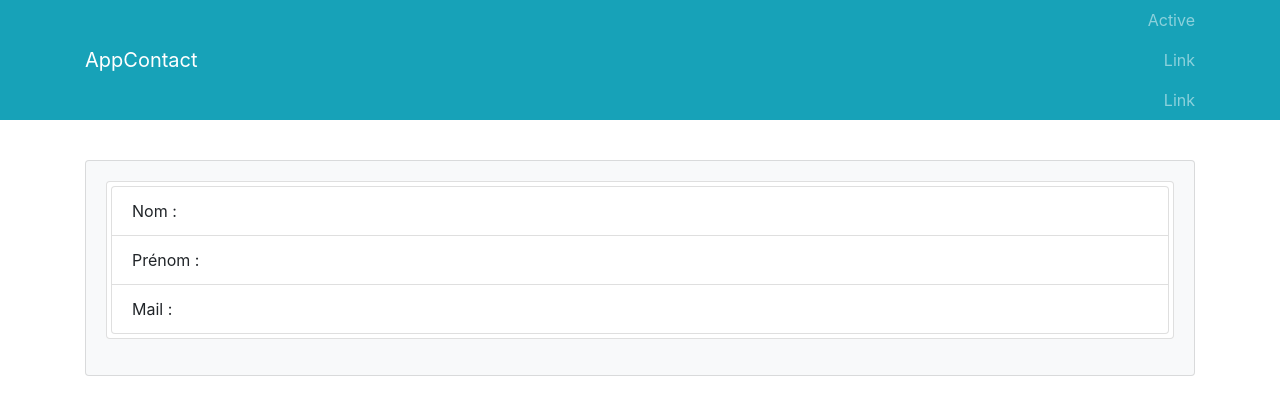
Repository: romgrm/appContact
Page: /
These files come from the project's save history. The page is drawn as it stood at one moment and after a run of saves; the edit follows.
The browser window is 1280 px wide. The pictures show the whole page.
The project was rebuilt for these pictures with package versions that can differ from the ones it lists, and the page was loaded fresh each time.

Above is the page before, as saved 2020-12-02 20:07:59.

### src/App.js
import Header from './Components/Header'
import Contact from './Components/Contact'
import 'bootstrap/dist/css/bootstrap.min.css'


function App() {
  return (
    <div className="App">
      <Header />
      <div className="container pt-4">
        <Contact />
      </div>
    </div>
  );
}

export default App;

### src/Components/Header.js
import React, { Component } from 'react'

export default class Header extends Component {
    render() {
        return (
            <div>
                <nav className="navbar navbar-dark bg-info mb-3 py-0">
                    <div className="container">
                        <a href="/" className="navbar-brand">AppContact</a>
                        <ul class="navbar-nav">
                            <li class="nav-item ml-auto">
                                <a class="nav-link " href="#">Active</a>
                            </li>
                            <li class="nav-item ml-auto">
                                <a class="nav-link" href="#">Link</a>
                            </li>
                            <li class="nav-item ml-auto">
                                <a class="nav-link" href="#">Link</a>
                            </li>
                        </ul>
                    </div>
                </nav>

            </div>

        )
    }
}

### src/Components/Contact.js
import React, { Component } from 'react'

export default class Contact extends Component {
    render() {
        return (
            <div className="card card-body bg-light">
                <ul className="card card-body p-1">
                    <li className="list-group-item"> Nom : {this.props.nom}</li>
                    <li className="list-group-item"> Prénom : </li>
                    <li className="list-group-item"> Mail : </li>
                </ul>
            </div>
        )
    }
}

### src/Components/Liste.js
import React, { Component } from 'react'
import Contact from './Contact'

export default class Liste extends Component {

    state = {
        contacts: [
            {
                nom: 'Selha',
                prénom: 'Amin',
                mail: 'sehla.amin@gmail.com'
            },
            {
                nom: 'Blache',
                prénom: 'Alexandre',
                mail: 'blache.alexandre@gmail.com'
            },
            {
                nom: 'Gréaume',
                prénom: 'Romain',
                mail: 'greaume.romain@gmail.com'
            }
        ]
    }

    render() {
        return (
            <div>
                {this.state.contacts.map(current => {
                    <Contact
                    nom={current.nom}
                    prénom={current.prénom}
                    mail={current.mail}/>
                })}
            </div>
        )
    }
}

Loaded but not shown: public/index.html (common file); src/index.js (common file)

After the next 3 saves:
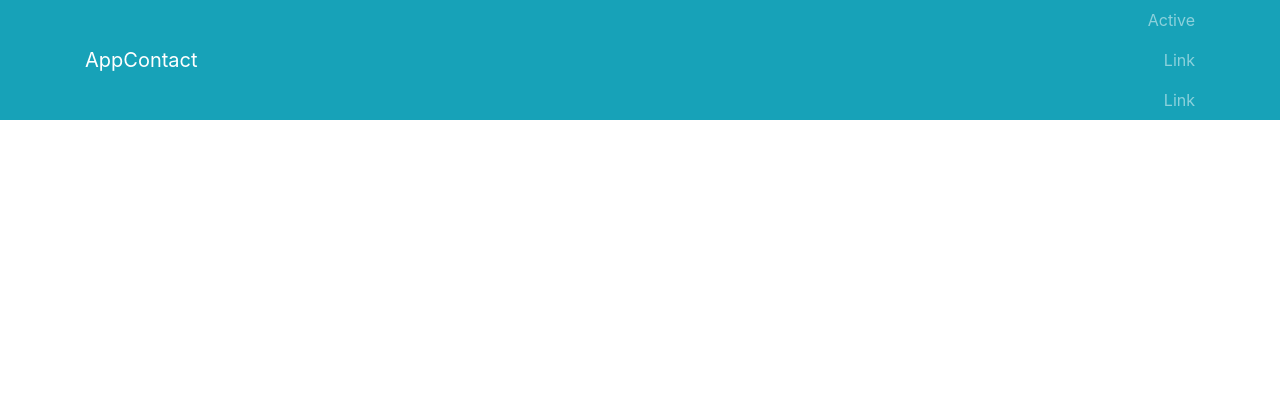
The 3 saves are shown as one change because 1 did not build or start and some came seconds apart.
The last was saved 34 s later.
--- a/src/App.js
+++ b/src/App.js
@@ -1,5 +1,5 @@
 import Header from './Components/Header'
-import Contact from './Components/Contact'
+import Liste from './Components/Liste'
 import 'bootstrap/dist/css/bootstrap.min.css'
 
 
@@ -8,7 +8,7 @@ function App() {
     <div className="App">
       <Header />
       <div className="container pt-4">
-        <Contact />
+        <Liste />
       </div>
     </div>
   );
